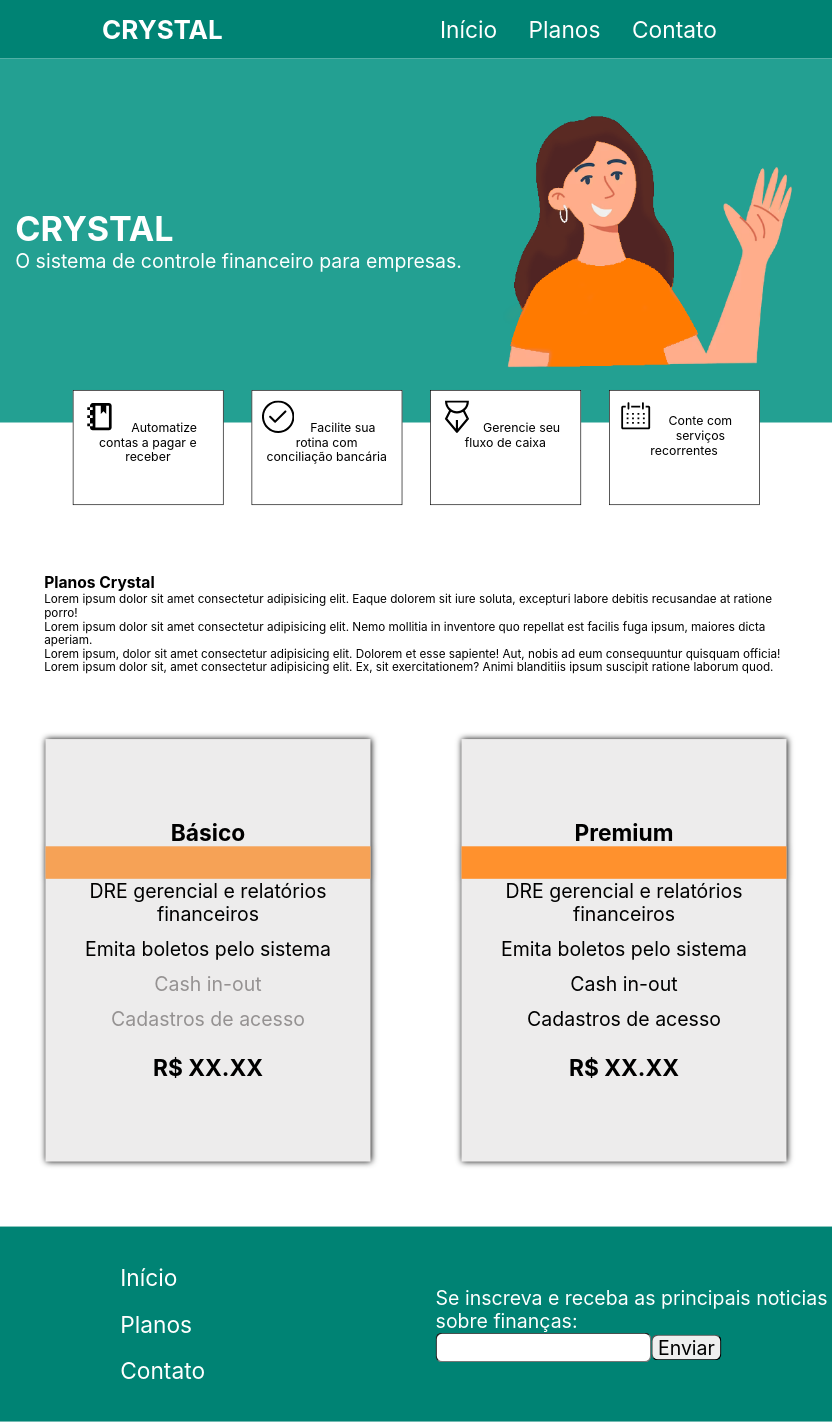
Repository: Matheus904-12/Crystallize
Page: index.html
These files come from the project's save history. The page is drawn as it stood at one moment and after a run of saves; the edit follows.
The browser window is 1280 px wide. The pictures show the whole page, at 65% of full size.
Some web fonts or font styles are not loaded; a fallback is used.

Above is the page before, as saved 2023-07-24 20:41:53.

### index.html
<!DOCTYPE html>
<html lang="pt-br">

<head>
    <meta charset="UTF-8">
    <meta name="viewport" content="width=device-width, initial-scale=1.0">

    <title>Crystal</title>

    <link rel="stylesheet" href="style.css">

</head>

<body>

    <header id="header">

        <h1 class="textoBranco logo">
            CRYSTAL
        </h1>

        <div class="textoBranco links">
            <a href="#header" class="paginas">Início</a>
            <a href="#planosOPC" class="paginas">Planos</a>
            <a href="contato.html" class="paginas">Contato</a>
        </div>

    </header>
    <section class="destaque">
        <div id="textLateral">
            <div class="textoBranco" id="titulo">
                <h1>CRYSTAL</h1>
            </div>
            <div class="textoBranco">
                <p>O sistema de controle financeiro para empresas.</p>
            </div>
        </div>
        <div class="textoBranco">
            <img src="mulher.png" alt="mulher acenando">
        </div>
    </section>
    <div class="boxes">
        <div class="box">
            <img src="planner.svg" alt="Logotipo">
            <h1></h1>
            <p>Automatize contas a pagar e receber</p>
        </div>
        <div class="box">
            <img src="check.svg" alt="Logotipo">
            <h1></h1>
            <p>Facilite sua rotina com conciliação bancária</p>
        </div>
        <div class="box">
            <img src="caneta.svg" alt="Logotipo">
            <h1></h1>
            <p>Gerencie seu fluxo de caixa</p>
        </div>
        <div class="box">
            <img src="calendario.svg" alt="Logotipo">
            <h1></h1>
            <p style="margin-top: 20px;">Conte com serviços recorrentes</p>
        </div>
    </div>

    <section id="planosOpc">
        <h1 class="textoPadrao planoTitulo">
            Planos Crystal
        </h1>
        <div class="textoPadrao planoTexto">
            <p>Lorem ipsum dolor sit amet consectetur adipisicing elit. Eaque dolorem sit iure soluta, excepturi labore debitis recusandae at ratione porro!</p>
            <p>Lorem ipsum dolor sit amet consectetur adipisicing elit. Nemo mollitia in inventore quo repellat est facilis fuga ipsum, maiores dicta aperiam.</p>
            <p>Lorem ipsum, dolor sit amet consectetur adipisicing elit. Dolorem et esse sapiente! Aut, nobis ad eum consequuntur quisquam officia!</p>
            <p>Lorem ipsum dolor sit, amet consectetur adipisicing elit. Ex, sit exercitationem? Animi blanditiis ipsum suscipit ratione laborum quod.</p>
        </div>
    </section>

    <nav class="opcoes">
        <div class="basic">
            <h2>Básico</h2>
            <div class="faixaBasic"></div>
            <p class="textoPadrao">DRE gerencial e relatórios financeiros</p>
            <br>
            <p class="textoPadrao">Emita boletos pelo sistema</p>
            <br>
            <p class="textoPadrao desativado">Cash in-out</p>
            <br>
            <p class="textoPadrao desativado">Cadastros de acesso</p>
            <br>
            <br>
            <h2>R$ XX.XX</h2>
        </div>

        <div class="premium">
            <h2>Premium</h2>
            <div class="faixa"></div>
            <p class="textoPadrao">DRE gerencial e relatórios financeiros</p>
            <br>
            <p class="textoPadrao">Emita boletos pelo sistema</p>
            <br>
            <p class="textoPadrao">Cash in-out</p>
            <br>
            <p class="textoPadrao">Cadastros de acesso</p>
            <br>
            <br>
            <h2>R$ XX.XX</h2>

        </div>
    </nav>

    <footer>
        <div class="textoBranco coluna">
            <a href="#header" class="paginasVertical">Início</a>
            <a href="#planosOPC" class="paginasVertical">Planos</a>
            <a href="contato.html" class="paginasVertical">Contato</a>
        </div>

        <div id="inscrever">
            <div class="coluna">
                <p class="textoBranco" id="inscricao">Se inscreva e receba as principais noticias sobre finanças:</p>
                <br>
                <br>
                <br>
                <br>
                <div class="inscreverse">
                    <input id="email" type="email">

                    <button id="enviar">Enviar</button>
                </div>
            </div>
        </div>
    </footer>
</body>

</html>

### style.css
/* RESET */

* {
    margin: 0;
}

/* FIM RESET */

/* PADRAO */

@font-face {
    font-family: "inter";
    src: url(atributos/fontInter/Inter-VariableFont_slnt\,wght.ttf);
}

h2 {
    font-size: 35px;
    font-family: "inter";
}

.textoBranco {
    font-family: "inter";
    color: #fff;
    font-size: 30px;
}

.textoPadrao {
    font-family: "inter";
    font-size: 30px;
}

html {
    scroll-behavior: smooth;
}

/* FIM PADRAO */


/* HEADER */

#header {
    background-color: #008374;
    width: 100vw;
    height: 90px;

    display: flex;
    justify-content: space-around;
    align-items: center;

}

.logo {
    font-size: 40px;
    color: #fff;
  }



.paginas {
    font-size: 35px;
    color: #fff;
    text-decoration: none;
    padding: 0px 20px;
}

/* FIM HEADER */

/* DESTAQUE */

.destaque {
    display: flex;
    align-items: center;
    justify-content: space-around;
    width: 100vw;
    height: 560px;

    background-color: #23A092;
}

#titulo {
    font-family: "inter";
    font-size: 35px;

}

/* FIM DESTAQUE*/










/* PLANOS */

.planosOpc {
    position: absolute;
    display: flex;
    width: 100px;
    height: 200px;
    font-size: 18px;
    flex-wrap: wrap;
  }

  .planoTitulo {
    font-size: 24px;
    margin-top: 5px;
    padding: 0px 50px 0px 68px;
  }

  .planoTexto {
    padding: 0px 68.5px 0px 68px;
    font-size: 18px;
  }
/* FIM PLANOS */

/* OPCOES */

.opcoes {
    padding: 100px 0px;
    width: 100vw;
    display: flex;
    justify-content: space-around;
    text-align: center;
}

.faixa {
    width: 500px;
    height: 50px;

    background-color: #FF912D;
}

.faixaBasic {
    width: 500px;
    height: 50px;

    background-color: #F6A256;
}



.basic {
            background-color: #EDECEC;

            width: 500px;
            height: 650px;

            display: flex;
            justify-content: center;
            flex-direction: column;

            filter: drop-shadow(1px 0px 5px #000000);

        }

.desativado {
    color: #959292;
}

.premium {
            background-color: #EDECEC;

            width: 500px;
            height: 650px;

            display: flex;
            justify-content: center;
            flex-direction: column;

            filter: drop-shadow(1px 0px 5px #000000);
        }
/* FIM OPCOES */
/* RODAPE */

footer {
    width: 100vw;
    height: 300px;

    display: flex;
    align-items: center;
    justify-content: space-around;

    background-color: #008374;
}

 .coluna {
    display: flex;
    flex-direction: column;}


.paginasVertical {
    padding: 15px;
    font-size: 35px;
    color: #fff;
    text-decoration: none;
}

#inscrever {
    width: 440px;
    height: 300px;

    flex-direction: column;
    display: flex;
    align-content: center;
    justify-content: space-around;

}

#inscricao {
    position: absolute;
}

#email {
    width: 400px;
    height: 40px;
    border-radius: 10px;
}

#enviar {
    width: 130px;
    height: 40px;

    border-radius: 10px;
    font-size: 30px;
    font-family: "inter";
}

.inscreverse {
    display: flex;
    align-items: center;
}
/*Caxinhas*/
.box {
    width: 200px;
    height: 145px;
    border: 1px solid black;
    padding: 15px;
    margin: 10px;
    margin-top: -50px;
    background-color: #FFF;
  }

  .box h1 {
    font-size: 20px;
    font-weight: bold;
  }

  .box p {
    color: #000;
    font-family: Inter;
    font-size: 19px;
    font-style: normal;
    font-weight: 400;
    line-height: normal;
    margin-top: 30px;
    text-align: center;
  }

  .box img {
    width: 50px;
    height: 50px;
    float:inline-start;
    margin-right: 10px;
    margin-top: 80px;
  }

  .boxes {
    display: flex;
    justify-content: space-around;
    align-items: center;
    padding: 90px;
    margin-top: -90px;
  }

  .box img {
    display: block;
    margin: 0 auto;
  }

  .box {
    display: inline-block;
  }

  /* INFORMACOES */

.info {
    display: flex;
    flex-direction: column;

    margin: 100px 500px

}

.comoContatar {
    margin: 100px 100px
}
/* FIM INFORMACOES */

After the next 2 saves:
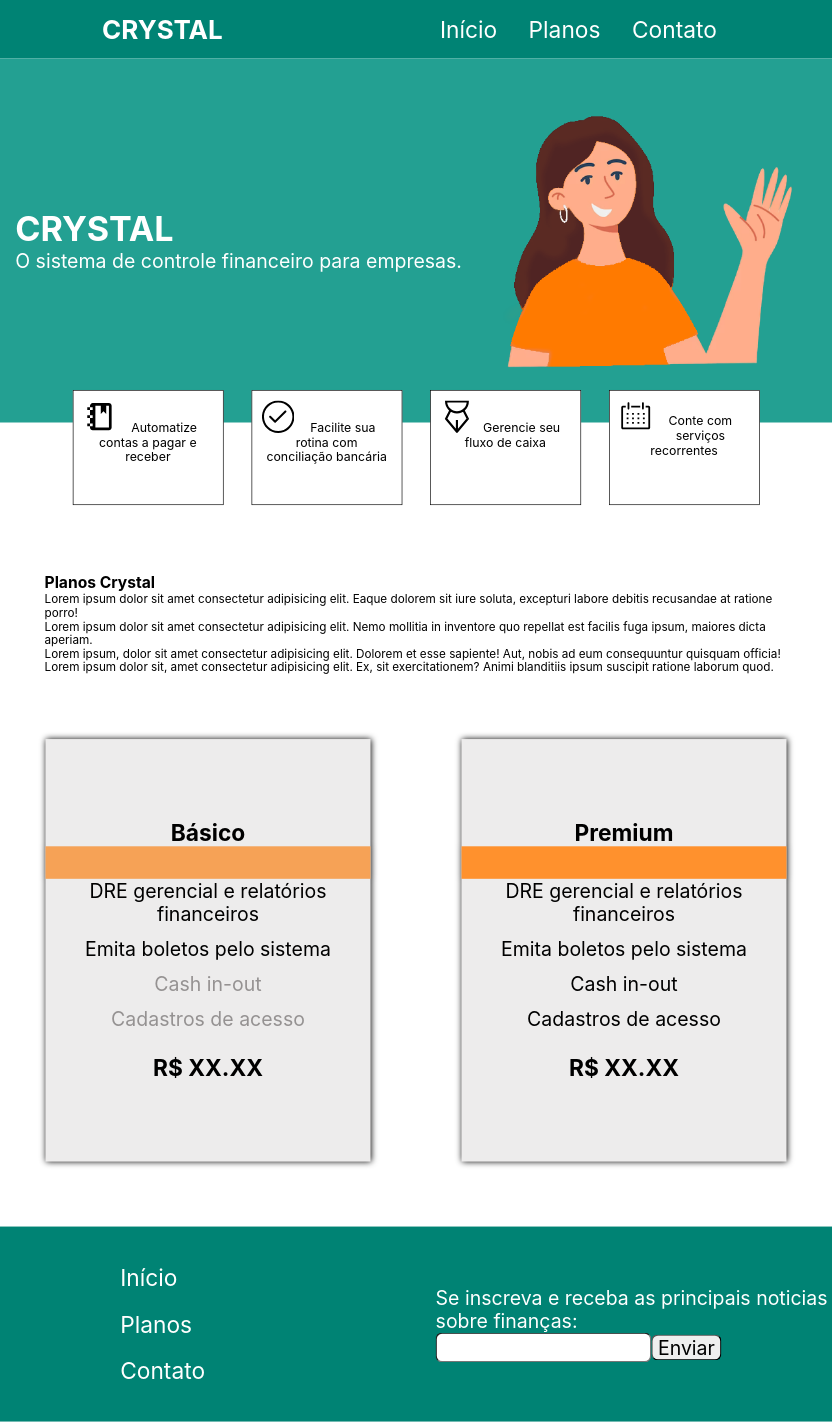
The 2 saves are shown as one change because they came seconds apart.
The last was saved 9 s later.
--- a/style.css
+++ b/style.css
@@ -108,11 +108,11 @@ html {
   .planoTitulo {
     font-size: 24px;
     margin-top: 5px;
-    padding: 0px 50px 0px 68px;
+    padding: 0px 50px 0px 68.5px;
   }
 
   .planoTexto {
-    padding: 0px 68.5px 0px 68px;
+    padding: 0px 68.5px 0px 68.5px;
     font-size: 18px;
   }
 /* FIM PLANOS */
